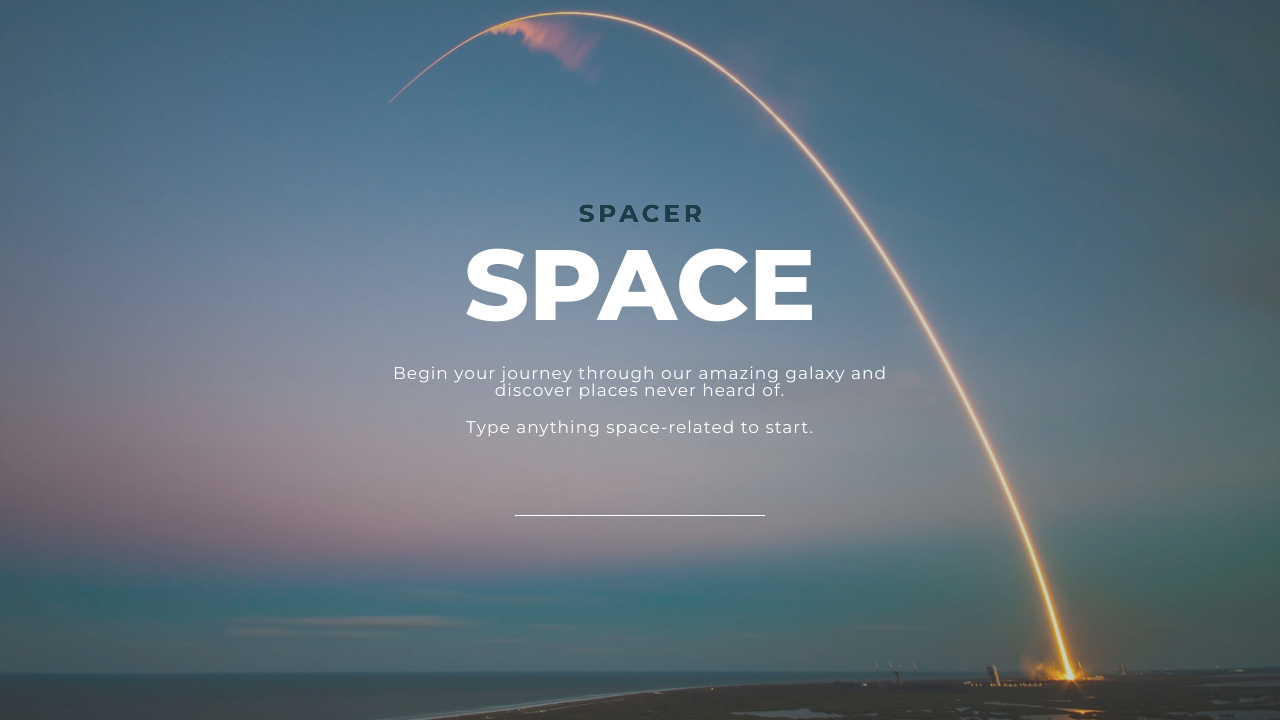
Repository: pmor80/spacer
Page: /
These files come from the project's save history. The page is drawn as it stood at one moment and after the next save; the edit follows.
The browser window is 1280 px wide. The pictures show the whole page.
The project was rebuilt for these pictures with package versions that can differ from the ones it lists, and the page was loaded fresh each time.

Above is the page before, as saved 2019-07-03 14:18:06.

After the next save:
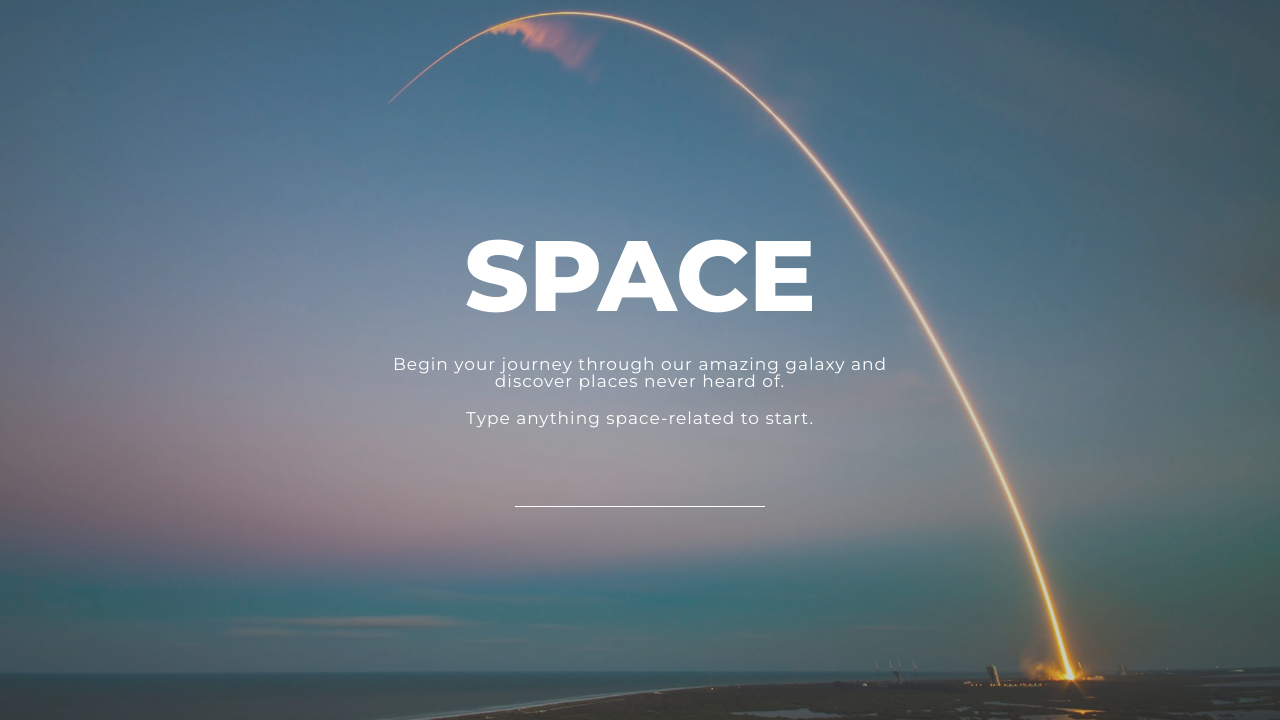
Saved 21 s later.
--- a/src/App.vue
+++ b/src/App.vue
@@ -2,7 +2,7 @@
 <template>
   <div :class="[{flexStart: step === 1 }, 'wrapper']">
     <transition name="slide">
-      <img src="./assets/logo.svg" class="logo" />
+      <img src="./assets/logo.svg" class="logo" v-if="step === 1" />
     </transition>
     <transition name="fade">
       <HeroImage v-if="step === 0" />
